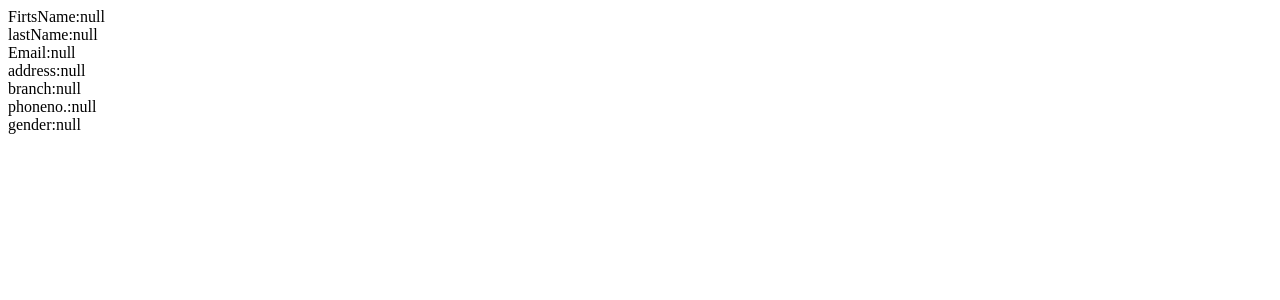
Repository: sandipgole/Myservlet
Page: http://localhost/WebATM/signup
The author's editor kept a copy of each file at every save. The page is drawn from the files as they stood at one save, then again after the next save.
The browser window is 1280 px wide. The pictures show the whole page.
The page is served by Tomcat 9.

Above is the page before, as saved 2019-06-25 11:49:22.

After the next save:
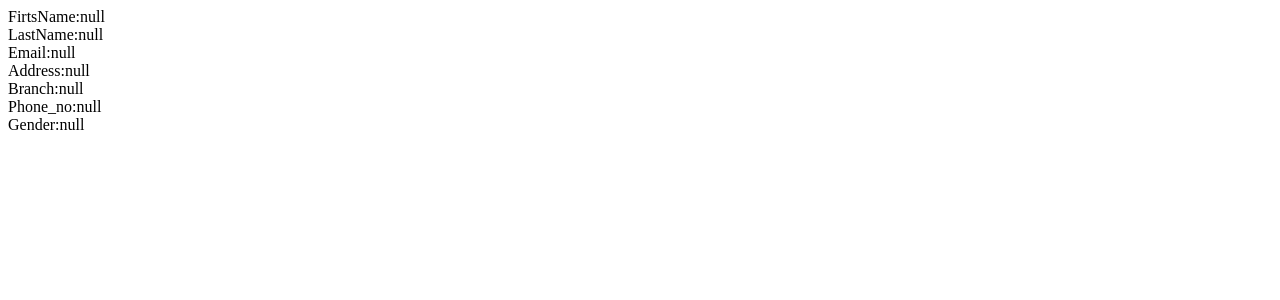
Saved 84 s later.
--- a/WebATM/src/CreateAccountServlet.java
+++ b/WebATM/src/CreateAccountServlet.java
@@ -18,17 +18,17 @@ public class CreateAccountServlet extends HttpServlet{
 		PrintWriter out=res.getWriter();
 		out.println("FirtsName:"+fname);
 		out.println("<br>");
-		out.println("lastName:"+lname);
+		out.println("LastName:"+lname);
 		out.println("<br>");
 		out.println("Email:"+email);
 		out.println("<br>");
-		out.println("address:"+adress);
+		out.println("Address:"+adress);
 		out.println("<br>");
-		out.println("branch:"+branch);
+		out.println("Branch:"+branch);
 		out.println("<br>");
-		out.println("phoneno.:"+num);
+		out.println("Phone_no:"+num);
 		out.println("<br>");
-		out.println("gender:"+gender);
+		out.println("Gender:"+gender);
 		out.println("<br>");
 
 
